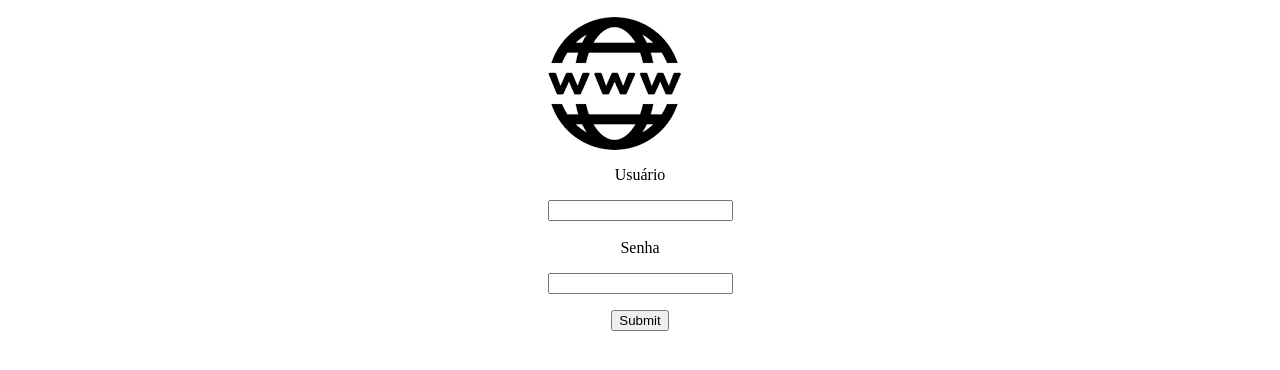
Repository: leonerdy-666/Estudos
Page: http://localhost/JavaWeb/Site.jsp
An editor plug-in stored every save of this project. The page is shown before and after the next save, followed by the edit.
The browser window is 1280 px wide. The pictures show the whole page.
The page is served by Tomcat 9.

Above is the page before, as saved 2023-04-10 23:24:24.

After the next save:
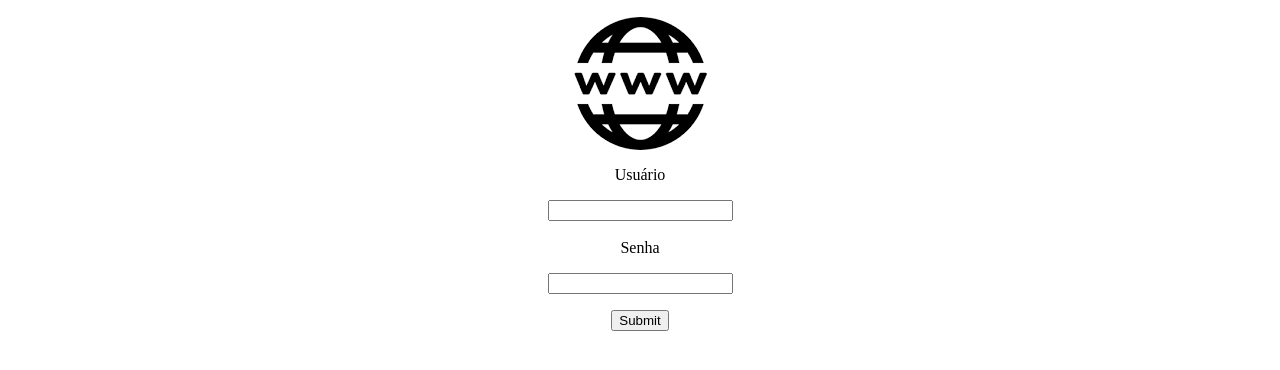
Saved 9 s later.
--- a/Udemy/Projeto/JavaWeb/src/main/webapp/Site.jsp
+++ b/Udemy/Projeto/JavaWeb/src/main/webapp/Site.jsp
@@ -11,7 +11,7 @@
 		<table cellpadding="7" align="center">
 
 			<tr>
-				<td><img src="imagens/logo.png"></td>
+				<td align="center"><img src="imagens/logo.png"></td>
 			</tr>
 
 			<tr>
